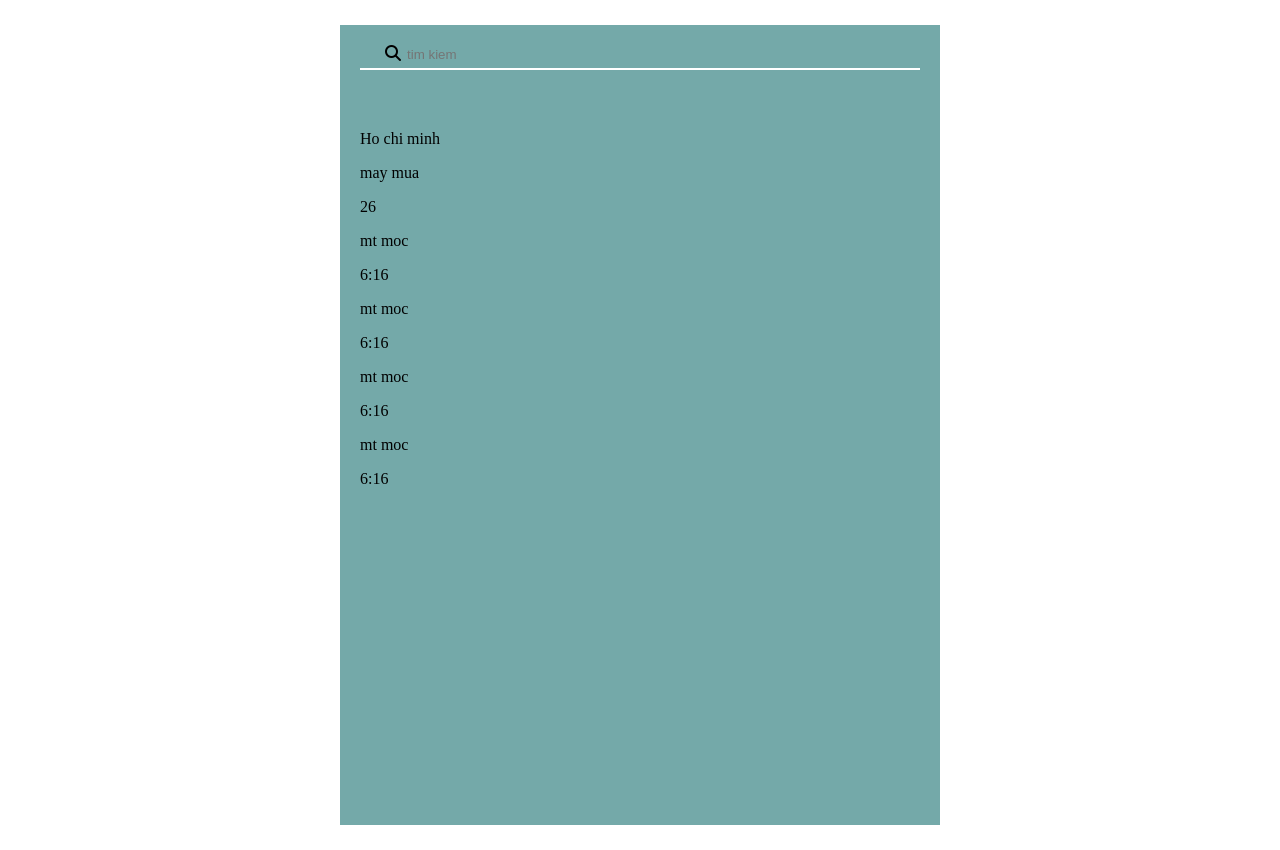
Repository: tienbkvn0605/weatherApp
Page: index.html
The author's editor kept a copy of each file at every save. The page is drawn from the files as they stood at one save, then again after the next save.
The browser window is 1280 px wide. The pictures show the whole page.

Above is the page before, as saved 2022-10-05 16:47:07.

### index.html
<!DOCTYPE html>
<html lang="en">
  <head>
    <meta charset="UTF-8" />
    <meta http-equiv="X-UA-Compatible" content="IE=edge" />
    <meta name="viewport" content="width=device-width, initial-scale=1.0" />
    <link
      rel="stylesheet"
      href="https://cdnjs.cloudflare.com/ajax/libs/font-awesome/6.2.0/css/all.min.css"
      integrity="sha512-xh6O/CkQoPOWDdYTDqeRdPCVd1SpvCA9XXcUnZS2FmJNp1coAFzvtCN9BmamE+4aHK8yyUHUSCcJHgXloTyT2A=="
      crossorigin="anonymous"
      referrerpolicy="no-referrer"
    />
    <link rel="stylesheet" href="appstyle.css" />
    <title>Get Weather</title>
  </head>
  <body>
    <div class="container">
      <div class="main-section">
        <div class="search-bar">
          <i class="fa fa-search" aria-hidden="true"></i>
          <input type="text" placeholder="tim kiem" class="search-input" />
        </div>
        <p class="name-city">Ho chi minh</p>
        <p class="desc">may mua</p>
        <div class="status-icon"></div>
        <p class="template">26</p>
      </div>
      <div class="additional-section">
        <div class="colum">
          <div class="title">mt moc</div>
          <p class="time">6:16</p>
          <div class="title">mt moc</div>
          <p class="time">6:16</p>
        </div>
        <div class="colum">
          <div class="title">mt moc</div>
          <p class="time">6:16</p>
          <div class="title">mt moc</div>
          <p class="time">6:16</p>
        </div>
      </div>
    </div>
  </body>
  <script src="app.js"></script>
</html>

### appstyle.css
*,
*:before,
*:after {
  box-sizing: border-box;
  -webkit-box-sizing: border-box;
}
.container {
  width: 600px;
  height: 800px;
  background-color: rgb(116, 169, 169);
  margin: 25px auto;
  padding: 20px;
}
.search-bar {
  margin: 0 auto;
  border-bottom: 2px solid white;
  padding: 0px 25px 5px;
  align-items: center;
  margin-bottom: 60px;
}
.search-input {
  border: 0;
  outline: none;
  background-color: transparent;
  color: white;
}

Loaded but not shown: app.js (no stored copy; drawn as an empty file)

After the next save:
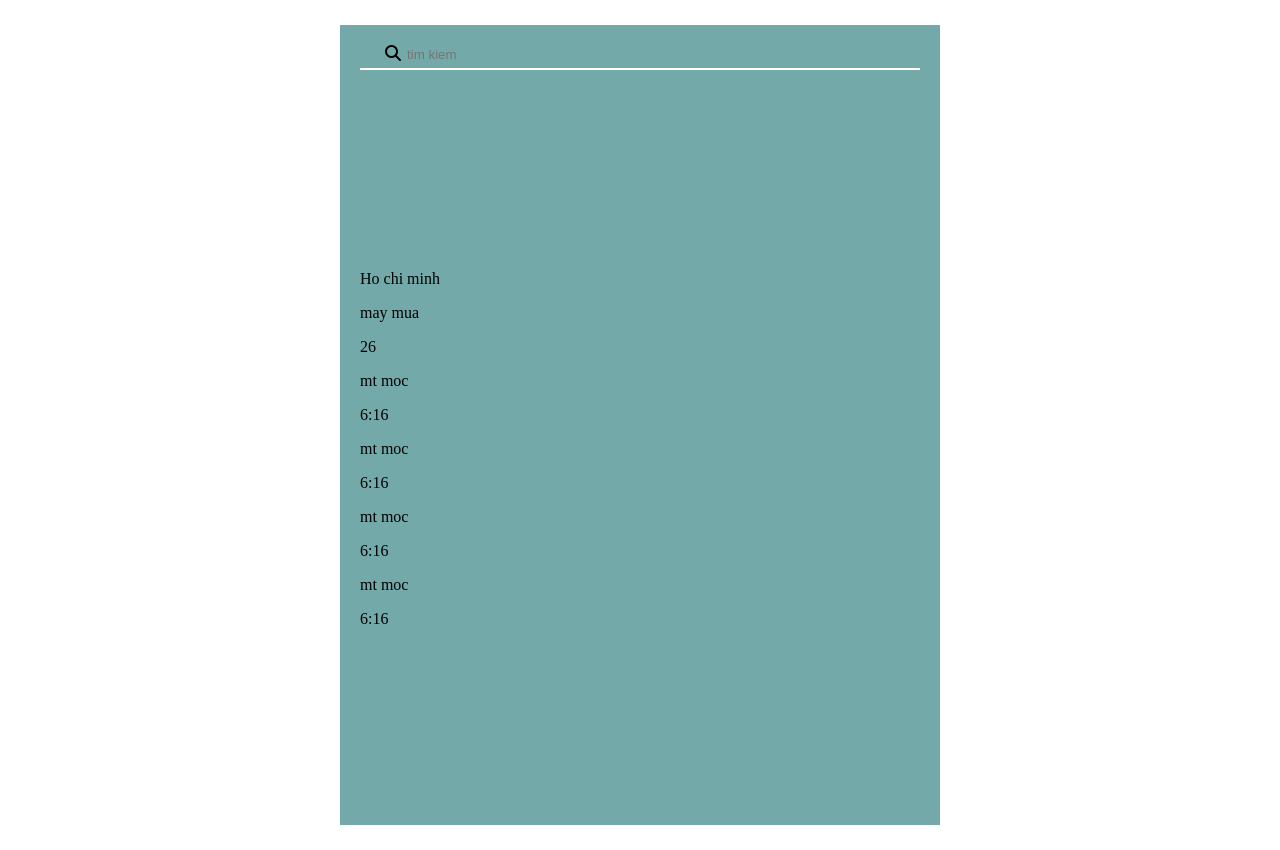
Saved 6 s later.
--- a/appstyle.css
+++ b/appstyle.css
@@ -16,7 +16,7 @@
   border-bottom: 2px solid white;
   padding: 0px 25px 5px;
   align-items: center;
-  margin-bottom: 60px;
+  margin-bottom: 200px;
 }
 .search-input {
   border: 0;
